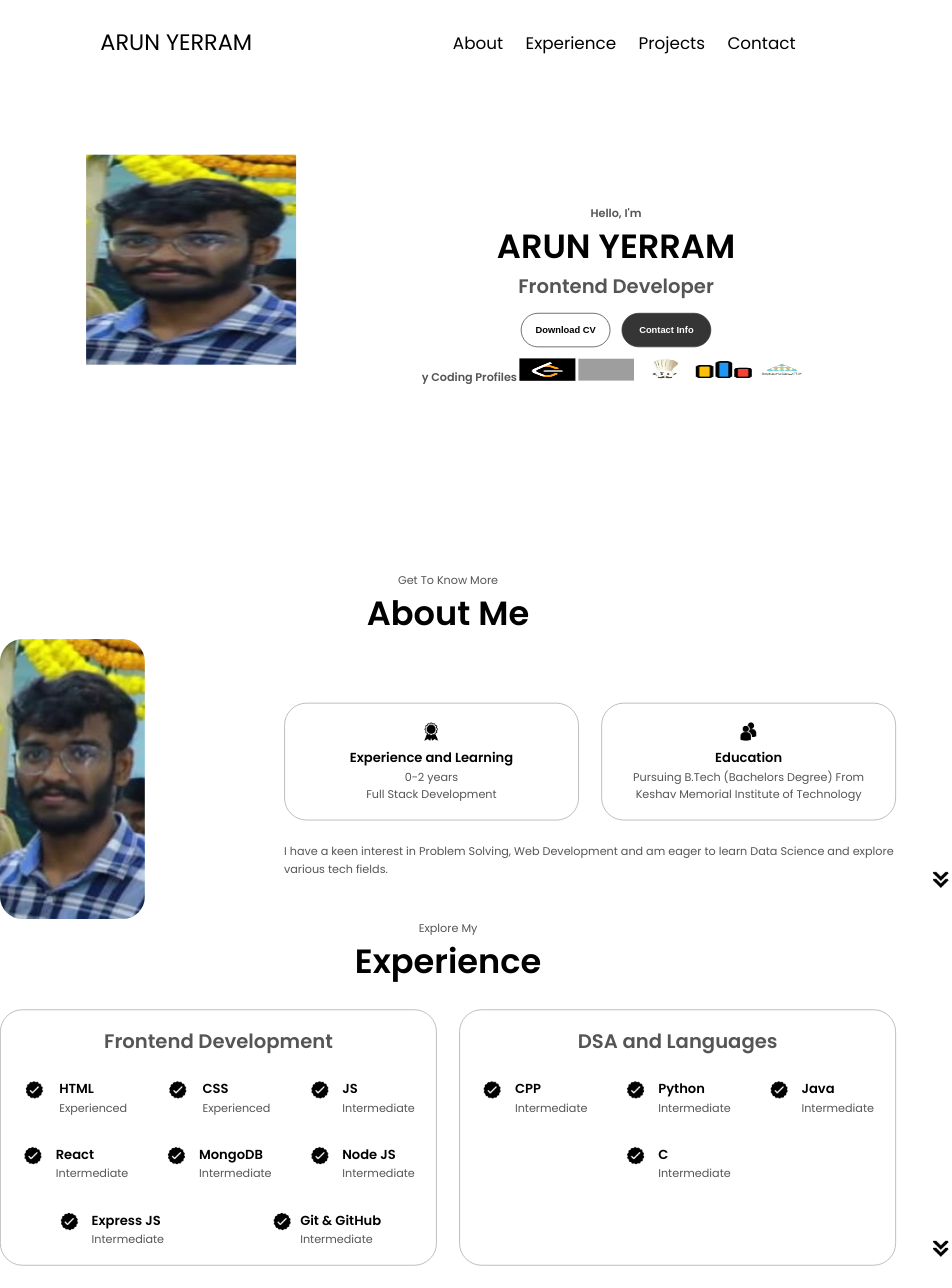
Repository: ARUN-YERRAM/ARUN-YERRAM-PORTFOLIO
Page: portfolio/index.html
The author's editor kept a copy of each file at every save. The page is drawn from the files as they stood at one save, then again after a run of saves.
The browser window is 1280 px wide. The page is 1360 px wide, so the pictures cover 1360 px, including what lies to the right of the window. The pictures show the part of the page from y = 0 to 1840 px (the page is 3129 px tall), at 70% of full size.
Pictures or frames that could not be fetched are drawn as grey boxes.

Above is the page before, as saved 2024-07-07 04:45:45.

After the next 3 saves:
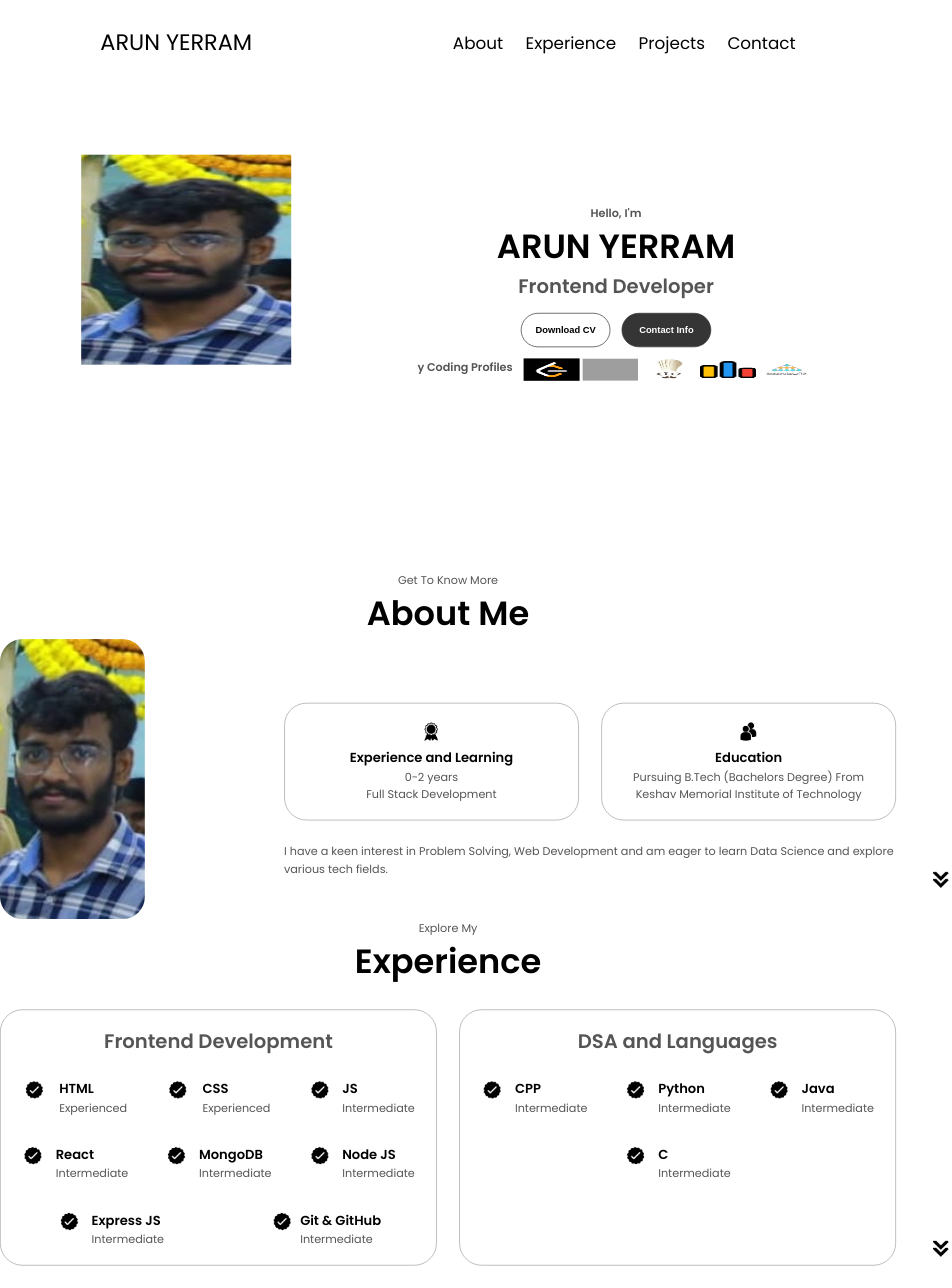
The 3 saves are shown as one change because they came seconds apart.
The last was saved 10 s later.
--- a/portfolio/index.html
+++ b/portfolio/index.html
@@ -49,7 +49,7 @@
         <button class="btn btn-color-1" onclick="location.href='./#contact'">Contact Info</button>
       </div>
       <div id="socials-container">
-        <p> y Coding Profiles
+        <p> y Coding Profiles <p/>
         <img src="./assets/leetcode.png" alt="My Leetcode profile" class="icon" onclick="window.open('https://leetcode.com/u/arun_2005/', '_blank')" width="80px"/>
         <img src="./assets/GFG.jpeg" alt="My GFG profile" class="icon" width="80px" onclick="window.open('https://www.geeksforgeeks.org/user/arunyerram/?utm_source=geeksforgeeks&utm_medium=my_profile&utm_campaign=auth_user', '_blank')" />
         <img src="./assets/CodeChef.jpeg" alt="My CodeChef profile" class="icon" onclick="window.open('https://www.codechef.com/users/yarun2k05', '_blank')" width="80px"/>
